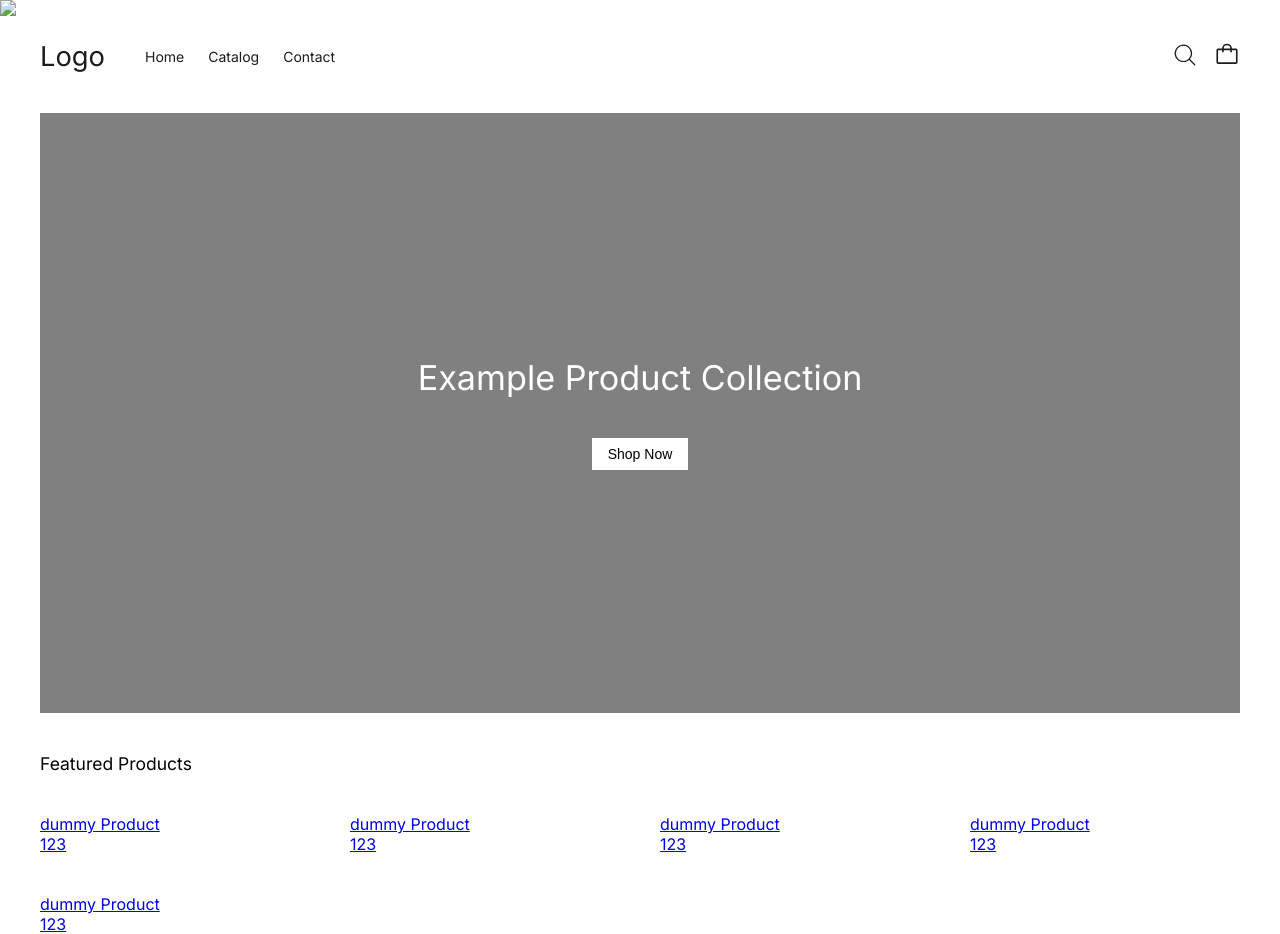
Repository: David-Waite/ecommercefrontendTemplate
Page: /
The author's editor kept a copy of each file at every save. The page is drawn from the files as they stood at one save, then again after the next save.
The browser window is 1280 px wide. The pictures show the whole page.
The project was rebuilt for these pictures with package versions that can differ from the ones it lists, and the page was loaded fresh each time. The framework's server and built-in components were replaced by stand-ins that run in the browser. Also part of the build but not shown: next.config.js.

Above is the page before, as saved 2023-08-24 19:47:20.

After the next save:
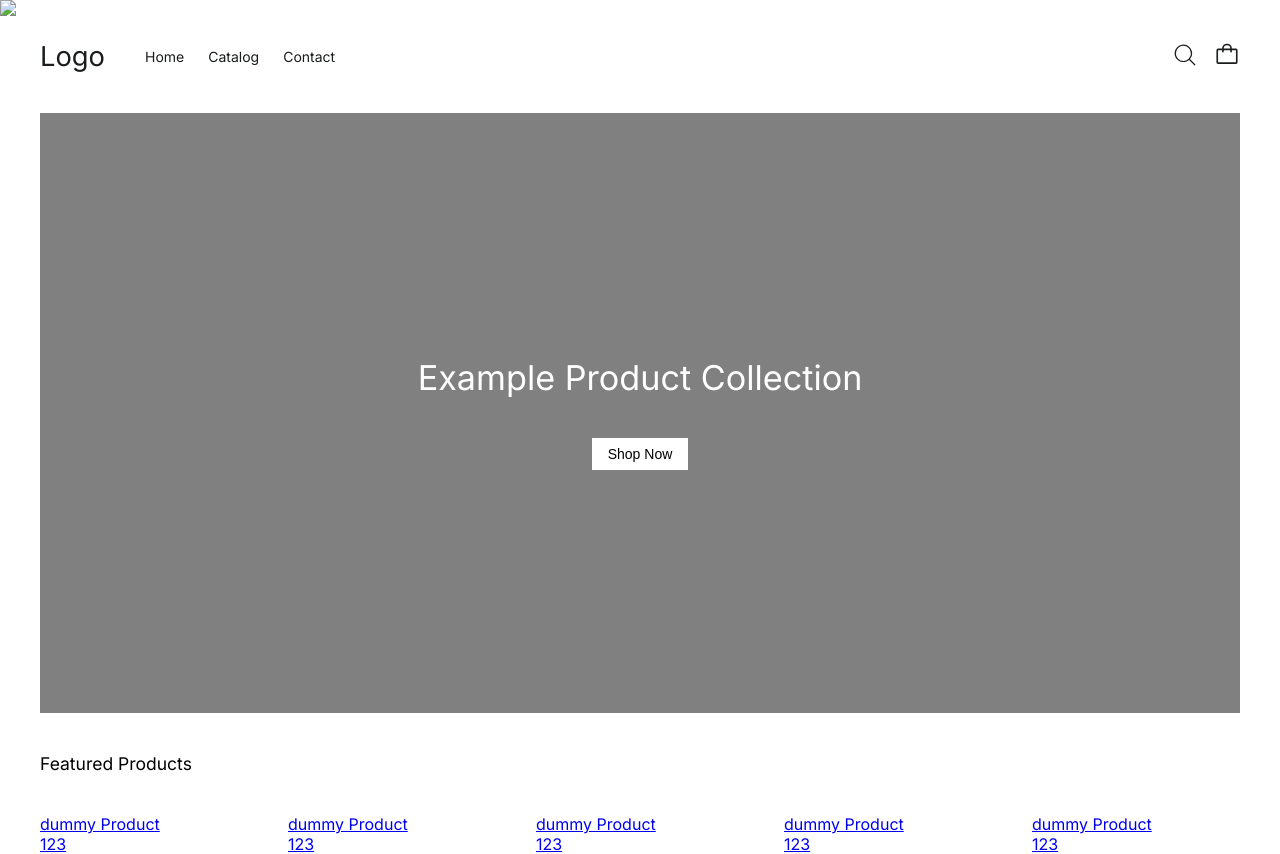
Saved 5 s later.
--- a/app/Components/UI/ProductsGrid/ProductGrid.module.css
+++ b/app/Components/UI/ProductsGrid/ProductGrid.module.css
@@ -1,5 +1,5 @@
 .main {
   display: grid;
-  grid-template-columns: 1fr 1fr 1fr 1fr;
+  grid-template-columns: 1fr 1fr 1fr 1fr 1fr;
   gap: 40px;
 }
